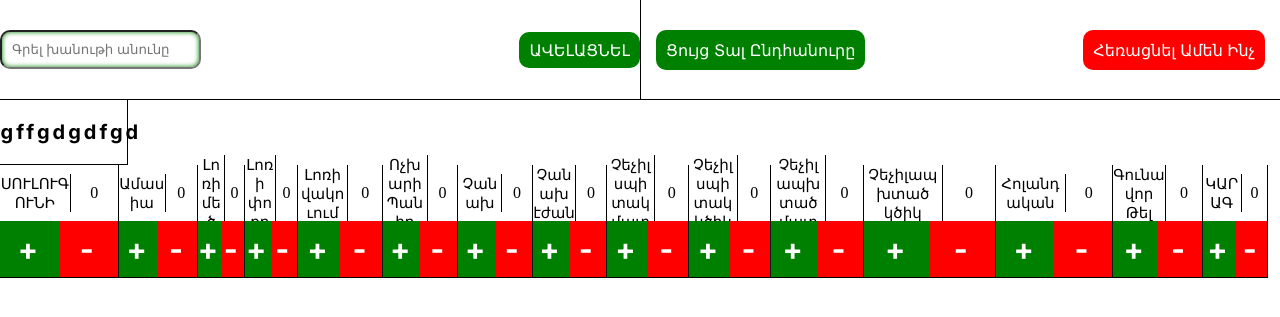
Repository: AbApin/amasia
Page: /
The author's editor kept a copy of each file at every save. The page is drawn from the files as they stood at one save, then again after the next save.
The browser window is 1280 px wide. The pictures show the whole page.
The project was rebuilt for these pictures with package versions that can differ from the ones it lists, and the page was loaded fresh each time. Also part of the build but not shown: vue.config.js.

Above is the page before, as saved 2023-02-03 11:47:35.

After the next save:
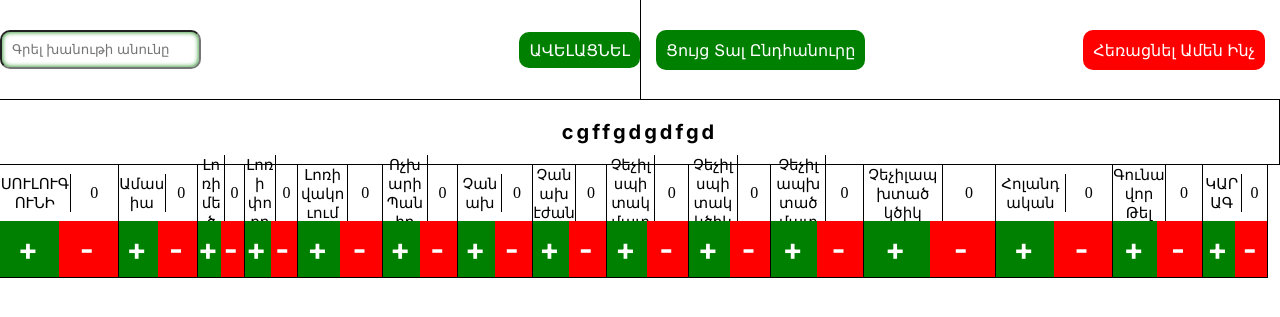
Saved 5 s later.
--- a/src/app.css
+++ b/src/app.css
@@ -57,7 +57,7 @@ ul {
   display: flex;
   align-items: center;
   justify-content: center;
-  width: 10%;
+  width: 100%;
   font-family: 'Inter';
   font-size: 20px;
   font-weight: 700;
